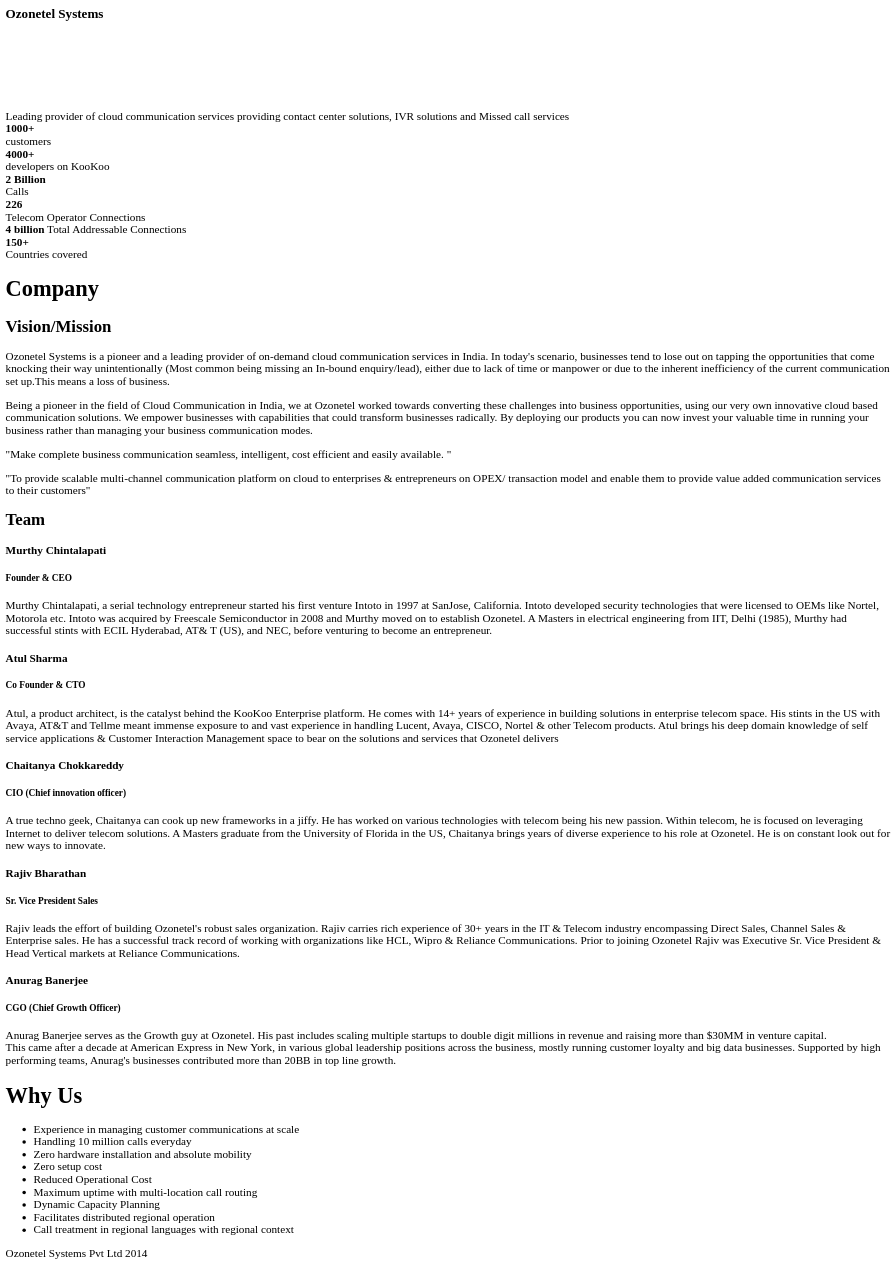
Repository: ashutosh238/ozonetelblogsite
Page: OzonetelBlogSiteFrontEnd/Web/c_aboutUs/AboutUs.html
The author's editor kept a copy of each file at every save. The page is drawn from the files as they stood at one save, then again after the next save.
The browser window is 1280 px wide. The pictures show the whole page, at 70% of full size.

Above is the page before, as saved 2019-01-08 11:08:22.

### OzonetelBlogSiteFrontEnd/Web/c_aboutUs/AboutUs.html
<div id="slider">
		<div class="container">
			<div class="row header">
				<div class="col-md-12">
				<h3>Ozonetel Systems</h3>
				<br>
				<br><br><br>
				<br><br>
					<div>
						Leading provider of cloud communication services providing contact center solutions, IVR solutions and Missed call services
					</div>

				</div>
			</div>
			<div id="info">
				<div class="row stats">
					<div class="col-sm-2">
						<strong>1000+</strong><br/>
						customers
					</div>
					<div class="col-sm-2">
						<strong>4000+</strong><br/>
						developers on KooKoo
					</div>
					<div class="col-sm-2">
						<strong>2 Billion</strong><br/>
						Calls
					</div>
					<div class="col-sm-2">
						<strong>226</strong><br/>
						Telecom Operator Connections
					</div>
					<div class="col-sm-2">
						<strong>4 billion</strong>
						 Total Addressable Connections
					</div>
					<div class="col-sm-2">
						<strong>150+</strong>
						<br/>Countries covered</div>
				</div>
			</div>

	<div id="info">
		<div class="container">
			<div class="row">
				<div class="col-md-6">
					<h1>Company</h1>
				</div>
				<div class="col-md-6">
					<h2>Vision/Mission</h2>
				</div>
			</div>
			<div class="row">
				<div class="col-md-6">
					<p>
						Ozonetel Systems is a pioneer and a leading provider of on-demand cloud communication services in India.
						In today's scenario, businesses tend to lose out on tapping the opportunities that come knocking their
						way unintentionally (Most common being missing an In-bound enquiry/lead),
						either due to lack of time or manpower or due to the inherent inefficiency of the current
						communication set up.This means a loss of business.
					</p>
					<p>
						Being a pioneer in the field of Cloud Communication in India,
						we at Ozonetel worked towards converting these challenges into business opportunities,
						using our very own innovative cloud based communication solutions.
						We empower businesses with capabilities that could transform businesses radically.
						By deploying our products you can now invest your valuable time in running your business rather
						than managing your business communication modes.
					</p>
				</div>
				<div class="col-md-6">
					<!--<p>Vision</p>-->
					<p>
						"Make complete business communication seamless,
 intelligent, cost efficient and easily available.
"
					</p>
					<!--<p>Mission</p>-->
					<p>"To provide scalable multi-channel
						communication platform on cloud to
						enterprises &
						entrepreneurs on OPEX/
						transaction model and enable
						them to provide value
						added communication services to their
						customers"
					</p>
					<!--<a href="aboutus.html#" class="join-team button button-small">Join our team</a>-->
				</div>
			</div>

			<div class="col-md-6 team-row">
					<div class="col-md-6">
						<h2>Team</h2>
					</div>
					<div class="col-md-6">
						<p><h4 class="text-primary">Murthy Chintalapati</h4>
						<h5 class="text-primary">Founder & CEO</h5>
						Murthy Chintalapati, a serial technology entrepreneur started his first venture Intoto in 1997 at
						SanJose, California. Intoto developed security technologies that were licensed to OEMs like Nortel, Motorola etc.
						Intoto was acquired by Freescale Semiconductor in 2008 and Murthy moved on to establish Ozonetel.
						A Masters in electrical engineering from IIT, Delhi (1985), Murthy had successful stints with ECIL Hyderabad,
						AT& T (US), and NEC, before venturing to become an entrepreneur.
					</div></p>

						<h4 class="text-primary">Atul Sharma</h4>
						<h5 class="text-primary">Co Founder & CTO</h5>
					<p>	Atul, a product architect, is the catalyst behind the KooKoo Enterprise platform.
						He comes with 14+ years of experience in building solutions in enterprise telecom space.
						His stints in the US with Avaya, AT&T and Tellme meant immense exposure to and vast experience
						in handling Lucent, Avaya, CISCO, Nortel & other Telecom products.
						Atul brings his deep domain knowledge of self service applications & Customer Interaction Management
						space to bear on the solutions and services that Ozonetel delivers
					</p>
					<div class="col-md-6">
						<h4 class="text-primary">Chaitanya Chokkareddy</h4>
						<h5 class="text-primary">CIO (Chief innovation officer)</h5>
						A true techno geek, Chaitanya can cook up new frameworks in a jiffy.
						He has worked on various technologies with telecom being his new passion.
						Within telecom, he is focused on leveraging Internet to deliver telecom solutions.
						A Masters graduate from the University of Florida in the US, Chaitanya brings years of diverse experience to
						his role at Ozonetel.
						He is on constant look out for new ways to innovate.
					</div>
					<div class="col-md-6">
						<h4 class="text-primary">Rajiv Bharathan</h4>
						<h5 class="text-primary">Sr. Vice President Sales</h5>
						Rajiv leads the effort of building Ozonetel's robust sales organization.
						Rajiv carries rich experience of 30+ years in the IT & Telecom industry encompassing Direct Sales,
						Channel Sales & Enterprise sales. He has a successful track record of working with organizations
						like HCL, Wipro & Reliance Communications. Prior to joining Ozonetel Rajiv was Executive
						Sr. Vice President & Head Vertical markets at Reliance Communications.
					</div>
					<div class="col-md-6">
						<h4 class="text-primary">Anurag Banerjee</h4>
						<h5 class="text-primary">CGO (Chief Growth Officer)</h5>
						Anurag Banerjee serves as the Growth guy at Ozonetel. His past includes scaling multiple startups to double digit millions in revenue and raising more than $30MM in venture capital.<br/>This came after a decade at American Express in New York, in various global leadership positions across the business, mostly running customer loyalty and big data businesses.  Supported by high performing teams,  Anurag's businesses contributed more than 20BB in top line growth.
					</div>
				</div>
			</div>

		</div>
	</div>


	<div id="info">
		<div class="container">
			<div class="row">
					<div class="col-md-12">
						<h1>Why Us</h1>
					</div>
			</div>
			<div class="row">
				<div class="col-md-12">
						<ul>
							<li>Experience in managing customer communications at scale</li>
							<li>Handling 10 million calls everyday</li>
							<li>Zero hardware installation and absolute mobility</li>
							<li>Zero setup cost</li>
							<li>Reduced Operational Cost</li>
							<li>Maximum uptime with multi-location call routing</li>
							<li>Dynamic Capacity Planning</li>
							<li>Facilitates distributed regional operation</li>
							<li>Call treatment in regional languages with regional context</li>
						</ul>
				</div>
			</div>
		</div>
	</div>

	<div id="footer">
		<div class="container">
			<div class="row">
				<div class="col-sm-3 copyright">
					Ozonetel Systems Pvt Ltd 2014
				</div>

				</div>
			</div>
		</div>
	</div>

After the next save:
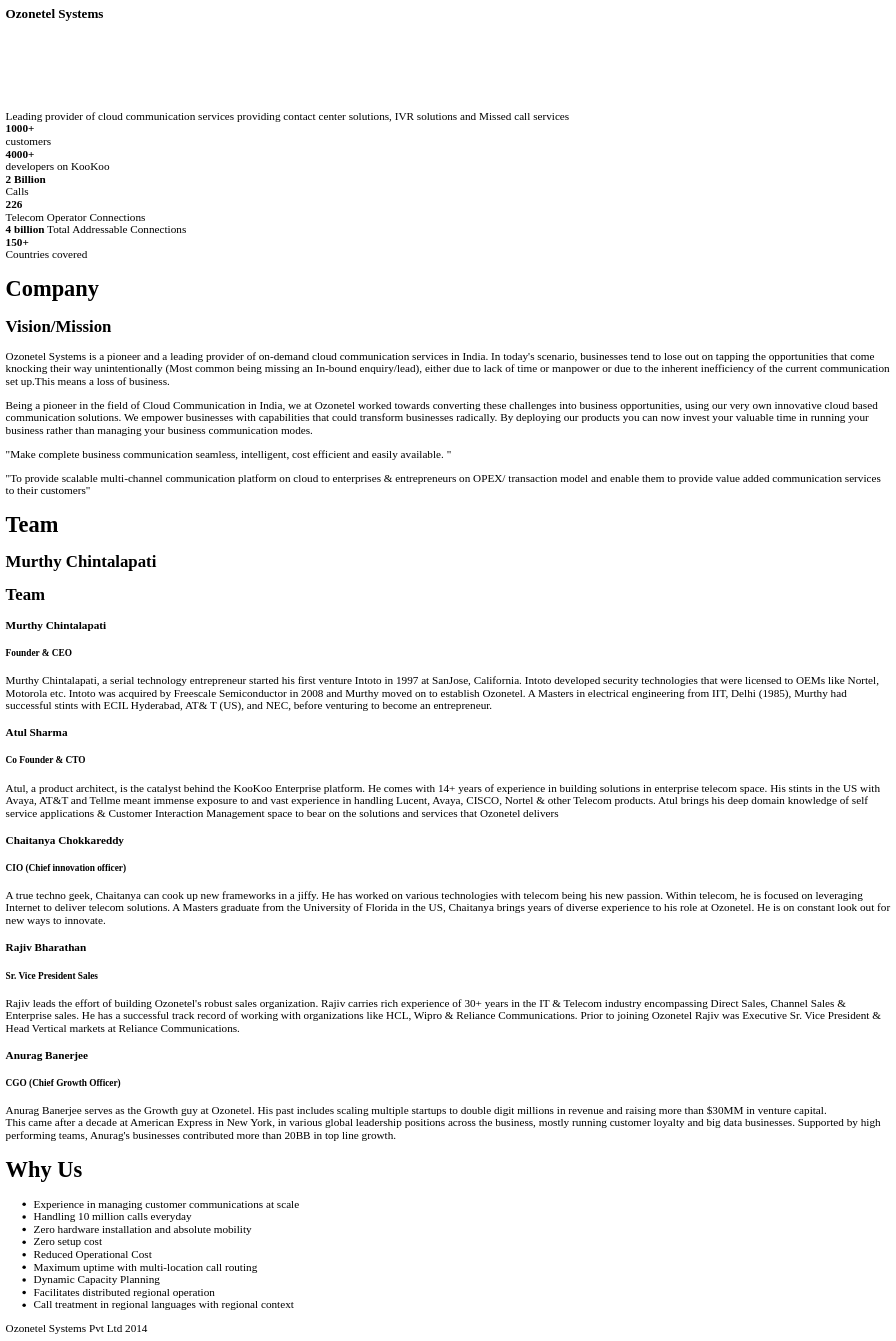
Saved 2 min 38 s later.
--- a/OzonetelBlogSiteFrontEnd/Web/c_aboutUs/AboutUs.html
+++ b/OzonetelBlogSiteFrontEnd/Web/c_aboutUs/AboutUs.html
@@ -89,6 +89,18 @@
 				</div>
 			</div>
 
+			<div id="info">
+		<div class="container">
+			<div class="row">
+				<div class="col-md-6">
+					<h1>Team</h1>
+				</div>
+				<div class="col-md-6">
+					<h2>Murthy Chintalapati</h2>
+				</div>
+			</div>
+
+
 			<div class="col-md-6 team-row">
 					<div class="col-md-6">
 						<h2>Team</h2>
